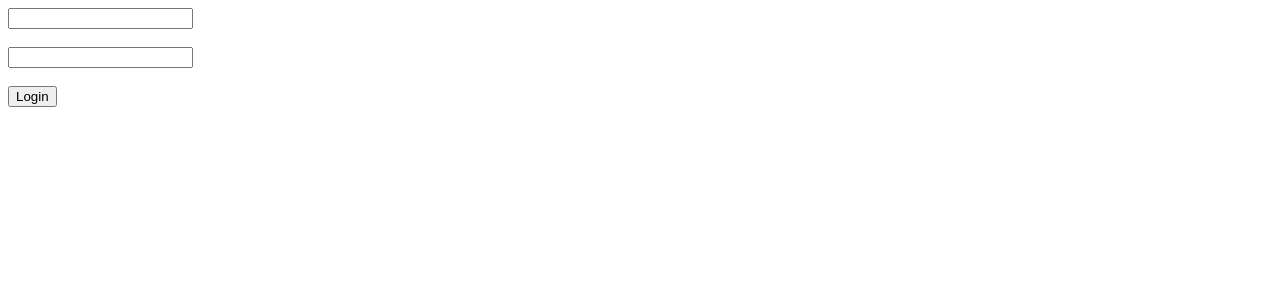
Repository: Asterisc-Institute/Advance-Java-Batch5
Page: Session-Day02/WebContent/index.html
These files come from the project's save history. The page is drawn as it stood at one moment and after the next save; the edit follows.
The browser window is 1280 px wide. The pictures show the whole page.

Above is the page before, as saved 2023-05-05 12:27:34.

### Session-Day02/WebContent/index.html
<!DOCTYPE html>
<html>
<head>
<meta charset="ISO-8859-1">
<title>Insert title here</title>
</head>
<body>

<form action="serv1">
<input type="text" name="uname"><br/><br/>
<input type="text" name="upass"><br/><br/>
<input type="submit" value="Login">
</form>


</body>
</html>

After the next save:
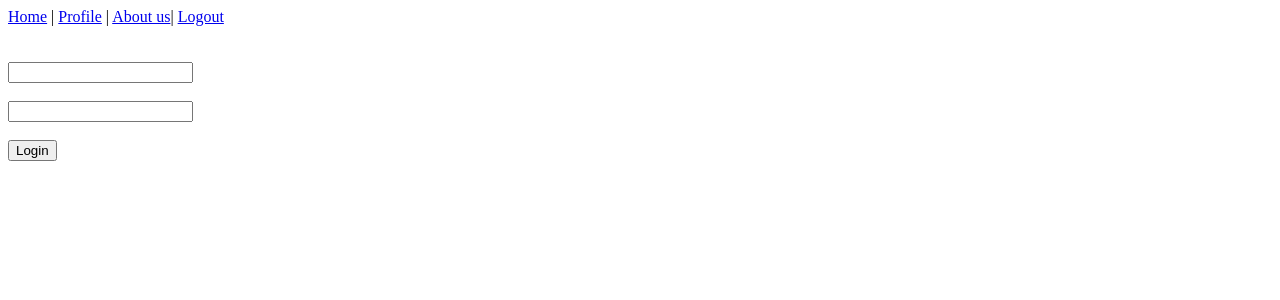
Saved 27 s later.
--- a/Session-Day02/WebContent/index.html
+++ b/Session-Day02/WebContent/index.html
@@ -5,6 +5,7 @@
 <title>Insert title here</title>
 </head>
 <body>
+<a href="home">Home</a> | <a href="profile">Profile</a> | <a href="about">About us</a>| <a href="logout">Logout</a><br/><br/><br/>
 
 <form action="serv1">
 <input type="text" name="uname"><br/><br/>
